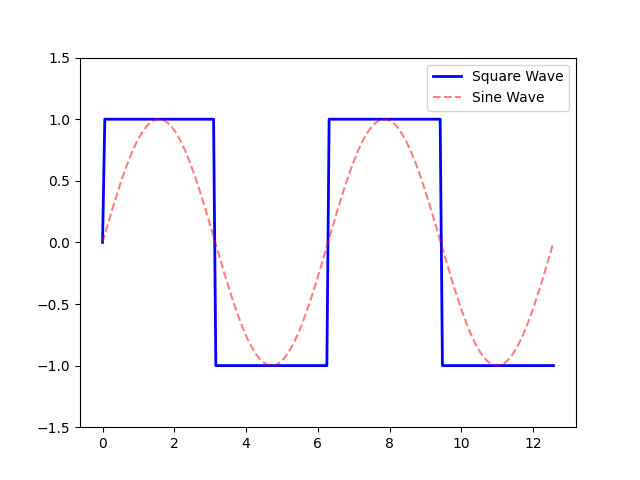
Repository: khulqu15/drone_smc_copppelia
Script's output: python py/realtime.py
These files come from the project's save history. The script's output is drawn as it stood at one moment and after the next save; the edit follows.
Animations are shown at an early frame. Random numbers start from a fixed seed.

Above is the script's output before, as saved 2024-06-24 00:43:38.

After the next save:
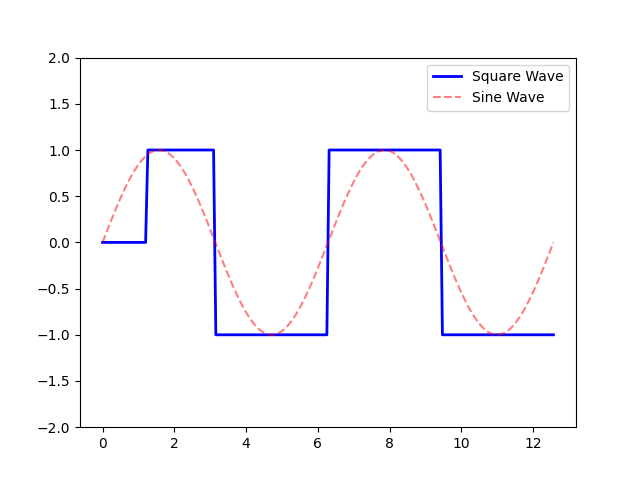
Saved 81 s later.
--- a/py/realtime.py
+++ b/py/realtime.py
@@ -2,26 +2,46 @@
 import matplotlib.pyplot as plt
 from matplotlib.animation import FuncAnimation
 
+# Set up parameters for the plot and fault generation
 x_len = 200
-y_range = [-1.5, 1.5]
+y_range = [-2, 2]  # Extended range to better visualize faults
+fault_probability = 0.1  # Probability that a fault occurs at any given frame
+fault_duration = 10  # Duration of the fault in frames
+xs = np.linspace(0, 4 * np.pi, x_len)
 
+# Initialize the figure and axes
 fig, ax = plt.subplots()
-xs = np.linspace(0, 4 * np.pi, x_len)
 ys = np.sin(xs)
 square_ys = np.sign(ys)
 ax.set_ylim(y_range)
 
+# Create the plot lines for the square wave and the sine wave
 line, = ax.plot(xs, square_ys, 'b-', linewidth=2, label='Square Wave')
 sine_line, = ax.plot(xs, ys, 'r--', alpha=0.5, label='Sine Wave')
 ax.legend()
 
+# Initialize variables to manage fault state
+fault_countdown = 0
+
 def update(frame):
+    global fault_countdown
     ys = np.sin(xs + frame / 10)
     square_ys = np.sign(ys)
 
+    # Decide randomly whether to introduce a fault
+    if fault_countdown <= 0 and np.random.rand() < fault_probability:
+        fault_countdown = fault_duration  # Reset the fault countdown
+
+    # Apply fault by setting values to zero or another distinct pattern
+    if fault_countdown > 0:
+        square_ys[(frame % x_len):(frame % x_len + 20)] = 0  # Example fault: zeroing part of the wave
+        fault_countdown -= 1  # Decrement the fault countdown
+
+    # Update the data of the plot lines
     line.set_ydata(square_ys)
     sine_line.set_ydata(ys)
     return line, sine_line
 
-ani = FuncAnimation(fig, update, frames=np.arange(0, 400, 1), interval=50, blit=False)
+# Create the animation
+ani = FuncAnimation(fig, update, frames=np.arange(0, 800, 1), interval=50, blit=False)
 plt.show()

After the save that followed:
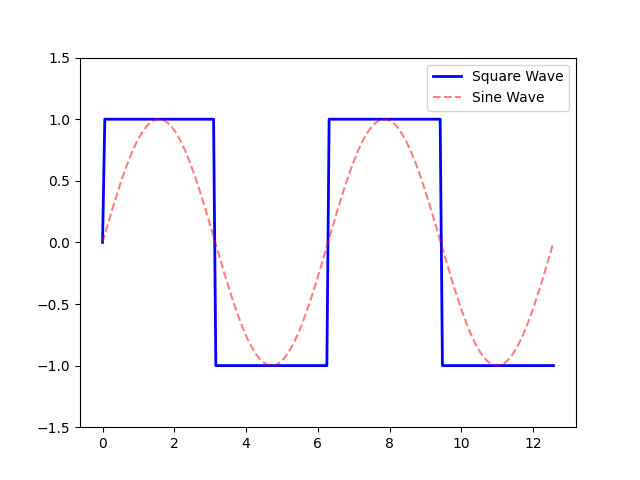
Saved 58 s later.
--- a/py/realtime.py
+++ b/py/realtime.py
@@ -2,46 +2,26 @@
 import matplotlib.pyplot as plt
 from matplotlib.animation import FuncAnimation
 
-# Set up parameters for the plot and fault generation
 x_len = 200
-y_range = [-2, 2]  # Extended range to better visualize faults
-fault_probability = 0.1  # Probability that a fault occurs at any given frame
-fault_duration = 10  # Duration of the fault in frames
+y_range = [-1.5, 1.5]
+
+fig, ax = plt.subplots()
 xs = np.linspace(0, 4 * np.pi, x_len)
-
-# Initialize the figure and axes
-fig, ax = plt.subplots()
 ys = np.sin(xs)
 square_ys = np.sign(ys)
 ax.set_ylim(y_range)
 
-# Create the plot lines for the square wave and the sine wave
 line, = ax.plot(xs, square_ys, 'b-', linewidth=2, label='Square Wave')
 sine_line, = ax.plot(xs, ys, 'r--', alpha=0.5, label='Sine Wave')
 ax.legend()
 
-# Initialize variables to manage fault state
-fault_countdown = 0
-
 def update(frame):
-    global fault_countdown
     ys = np.sin(xs + frame / 10)
     square_ys = np.sign(ys)
 
-    # Decide randomly whether to introduce a fault
-    if fault_countdown <= 0 and np.random.rand() < fault_probability:
-        fault_countdown = fault_duration  # Reset the fault countdown
-
-    # Apply fault by setting values to zero or another distinct pattern
-    if fault_countdown > 0:
-        square_ys[(frame % x_len):(frame % x_len + 20)] = 0  # Example fault: zeroing part of the wave
-        fault_countdown -= 1  # Decrement the fault countdown
-
-    # Update the data of the plot lines
     line.set_ydata(square_ys)
     sine_line.set_ydata(ys)
     return line, sine_line
 
-# Create the animation
-ani = FuncAnimation(fig, update, frames=np.arange(0, 800, 1), interval=50, blit=False)
+ani = FuncAnimation(fig, update, frames=np.arange(0, 400, 1), interval=50, blit=True)
 plt.show()
